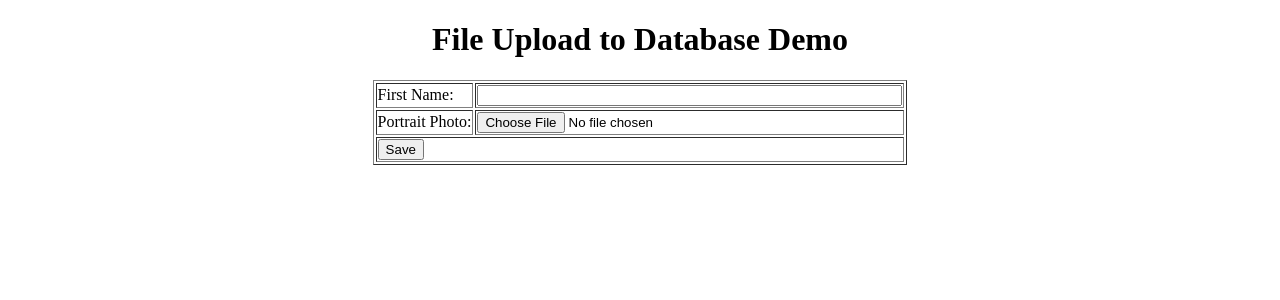
Repository: jungmintaeng/mini-ucampus
Page: http://localhost/ucam/UpSetting.jsp
An editor plug-in stored every save of this project. The page is shown before and after the next save, followed by the edit.
The browser window is 1280 px wide. The pictures show the whole page.
The page is served by Tomcat 9. Other server files are loaded and not shown.

Above is the page before, as saved 2016-06-11 03:40:01.

### ucam/WebContent/UpSetting.jsp
<%@ page language="java" contentType="text/html; charset=ISO-8859-1"
    pageEncoding="ISO-8859-1"%>
<!DOCTYPE html PUBLIC "-//W3C//DTD HTML 4.01 Transitional//EN" "http://www.w3.org/TR/html4/loose.dtd">
<html>
<head>
<head>
<meta http-equiv="Content-Type" content="text/html; charset=ISO-8859-1">
<title>File Upload</title>
</head>
<body>
    <center>
        <h1>File Upload to Database Demo</h1>
        <form method="post" action="uploadServlet" enctype="multipart/form-data">
            <table border="1">
                <tr>
                    <td>First Name: </td>
                    <td><input type="text" name="fileName" size="50"/></td>
                </tr>
                <tr>
                    <td>Portrait Photo: </td>
                    <td><input type="file" name="file" size="50"/></td>
                </tr>
                <tr>
                    <td colspan="2">
                        <input type="submit" value="Save">
                    </td>
                </tr>
            </table>
        </form>
    </center>
</body>
</html>

After the next save:
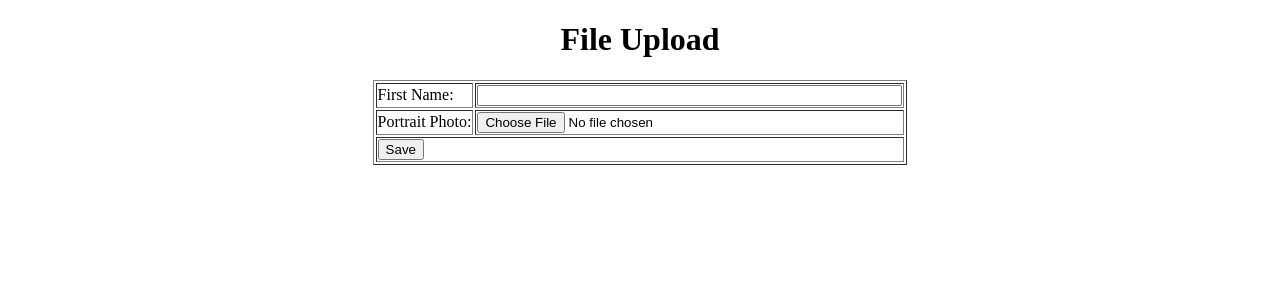
Saved 14 s later.
--- a/ucam/WebContent/UpSetting.jsp
+++ b/ucam/WebContent/UpSetting.jsp
@@ -9,7 +9,7 @@
 </head>
 <body>
     <center>
-        <h1>File Upload to Database Demo</h1>
+        <h1>File Upload</h1>
         <form method="post" action="uploadServlet" enctype="multipart/form-data">
             <table border="1">
                 <tr>
